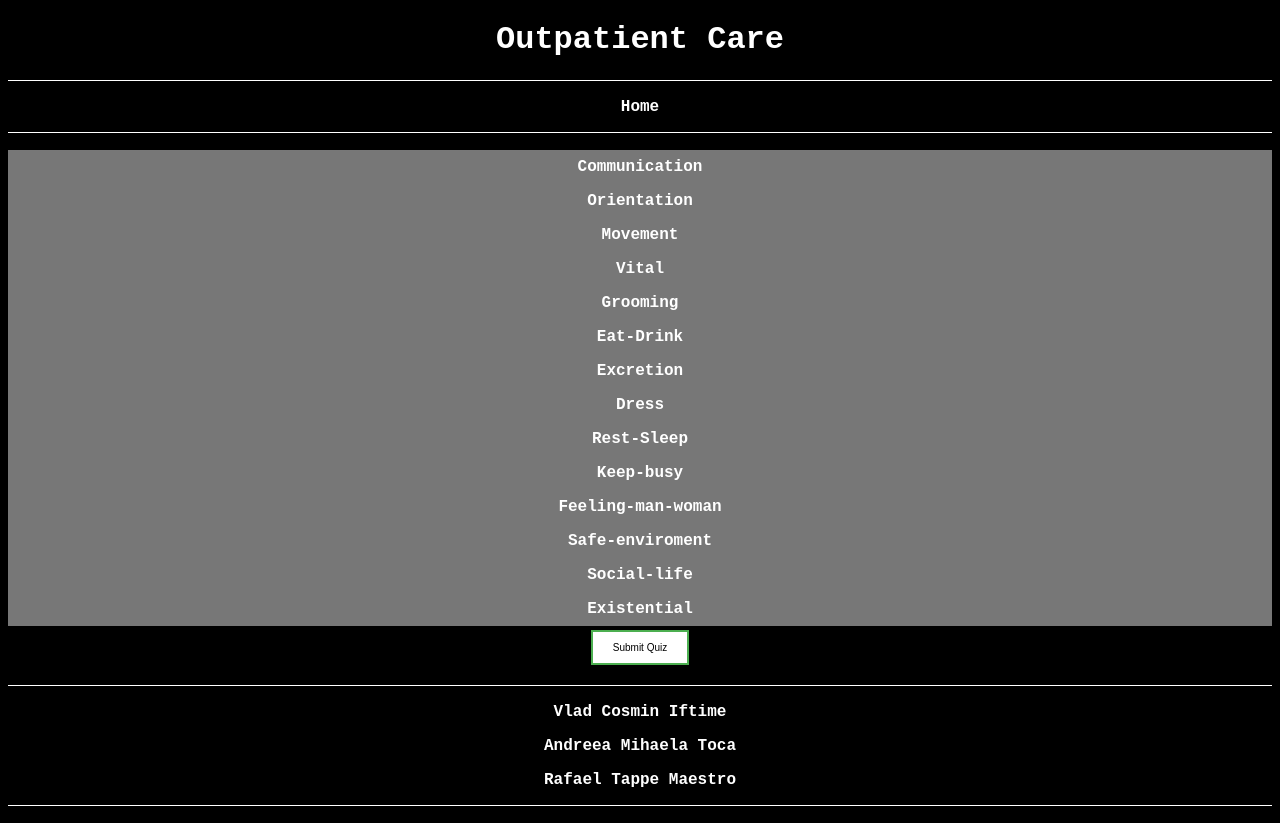
Repository: VladIftime/KnowledgeTechnology2019
Page: src/front/index.html
An editor plug-in stored every save of this project. The page is shown before and after the next save, followed by the edit.
The browser window is 1280 px wide. The pictures show the whole page.

Above is the page before, as saved 2020-01-11 20:36:56.

### src/front/index.html
<!DOCTYPE html>
<html lang="en">
    <head>
        <meta charset="UTF-8">
        <meta name="description" content="This is a knowledge base and inference system. It classifies a patient's need for outpatient care.">
        <meta name="keywords" content="Outpatient, Care, knowledge, base, technology, inference">
        <meta name="viewport" content=" classth=device- classth, initial-scale=1.0">
        <title>Outpatient Care</title>

        <link rel="stylesheet" href="style.css">
        <link rel="icon" type="image/png" href="favicon.png">
    </head>

    <body>
        <header>
            <h1>
                <span class=brokenLine>Outpatient<br>Care</span>
                <span class=oneLine>Outpatient Care</span>
            </h1>
        </header>
        <nav>
            <hr>
            <p class='font'><a href="http://localhost:8000/">Home</a></p>
            <hr>
        </nav>
        <article>
            <section id=HealthAreas></section>
        </article>
            <div id = warning style="display: none;">Please answers all the questions first</div>
            <button id= submit class='button-submit button1-submit'>Submit Quiz</button>
            <div id = Result></div>
        <footer>
            <hr>
            <p><a href="https://github.com/VladIftime/">Vlad Cosmin Iftime</a></p>
            <p><a href="https://github.com/AndreeaToca/">Andreea Mihaela Toca</a></p>
            <p><a href="https://github.com/Wehzie/">Rafael Tappe Maestro</a></p>
            <hr>
        </footer>
        <script src="questions.js"></script>
        <script src="inference.js"></script>
        <script src="collapsible.js"></script>
    </body>
</html>

### src/front/style.css
html {
    font-family: "Courier New", Courier, monospace;
    color: white;
    background-color:  black;
}

.brokenLine {font-size: 100%;}
.oneLine {display: none;}

@media screen and (min-width: 5cm) {
    .brokenLine {display: none;}
    .oneLine {font-size: 100%; display: block}
}

body {
    font-size: 100%;
    text-align: center;
}

nav {
    font-weight: bold;
}

footer {
    font-weight: bold;
}

a:visited {
    color: white;
    background-color: transparent;
    text-decoration: none;
}

a:link {
    color: white;
    background-color: transparent;
    text-decoration: none;
}

a:hover {
    color: rgb(139, 208, 251);
    background-color: transparent;
    text-decoration: none;
}

a:active {
    color: white;
    background-color: transparent;
    text-decoration: none;
}

hr {
    display: block;
    height: 1px;
    border: 0;
    border-top: 1px solid white;
    margin: 1em 0;
    padding: 0;
}

.collapse {
    font-family: "Courier New", Courier, monospace;
    font-size: 100%;
    font-weight: bold;

    background-color: #777;
    color: white;
    cursor: pointer;
    padding: 0.5em;
    width: 100%;
    border: none;
    text-align: center;
    outline: none;
}

.collapse-active, .collapse:hover {
    background-color: #555;
}

.collapse-content {
    padding: 0 18px;
    display: none;
    overflow: hidden;
    background-color: darkcyan;
}

.q-grid {
    display: grid;
    grid-template-columns: 25vw auto;
}

.q-grid > p {
    text-align: left;
    grid-column: 2;
}

.ans-grid {
    display: grid;
    grid-template-columns: 40vw auto;
}

.ans-box {
    display: block;
    text-align: left;
    grid-column: 2;
}

.font {
    font-size: 100%;
}

.button-submit{
    background-color: #4CAF50; /* Green */
    border: none;
    color: white;
    padding: 10px 20px;
    text-align: center;
    text-decoration: none;
    display: inline-block;
    font-size: 10px;
    margin: 4px 2px;
    -webkit-transition-duration: 0.4s; /* Safari */
    transition-duration: 0.4s;
    cursor: pointer;
  }

  .button1-submit {
    background-color: white;
    color: black;
    border: 2px solid #4CAF50;
  }

  .button1-submit:hover {
    background-color: #4CAF50;
    color: white;
  }

### src/front/questions.js
// Question class and objects
let areas = ['Communication','Orientation','Movement','Vital','Grooming',
             'Eat-Drink','Excretion','Dress','Rest-Sleep','Keep-busy',
             'Feeling-man-woman','Safe-enviroment','Social-life','Existential'];


function createSections() {
    let sec = document.getElementById('HealthAreas');
    for (let index = 0; index < areas.length; index++) {
        const element = areas[index];
        let title = element;
        //title[0].toUpperCase();
        sec.innerHTML+='<section id ='+ element + '> <button type="button" class="collapse">'+title+'</button> <div class="collapse-content"> </div> </section>'
    }
}

createSections();

class Question {
    constructor(question, hint, choices, points, classOfQuestion, name) {
        this.question = question;
        this.hint = hint;
        this.choices = choices;
        this.classOfQuestion = classOfQuestion;
        this.name = name;
    }

    showQuestion() {
        let sec = document.getElementById(this.classOfQuestion).getElementsByClassName('collapse-content')[0];
        sec.innerHTML+= '<div class='+this.classOfQuestion+' id='+this.name+'><div class = q-grid><p class=font>' + this.question + '</p></div></div>';
    }

    showChoices() {
        return null;
    }

    display() {
        this.showQuestion();
        this.showChoices();
    }
}

class MultipleChoice extends Question{
    constructor(question, hint, choices, classOfQuestion, name) {
        super(question, hint, choices, '', classOfQuestion, name);
    }

    showChoices() {
        let htmlString = '<div class = ans-grid> <div class = ans-box>';
        for (let index = 0; index < this.choices.length; index++) {
            htmlString += ('<input type=\'radio\' name=' + this.name + ' value= \''  + index + '\'>' + '<label class=font>' + this.choices[index] + '</label><br>');
        }
        document.getElementById(this.name).innerHTML += htmlString + '</div> </div>';
    }
}

class MultipleChoiceImpair extends MultipleChoice{
    constructor(question, hint, classOfQuestion, name) {
        super(question, hint, ['Unimpaired', 'Partially impaired', 'Impaired'], classOfQuestion, name);
    }
}

class TickBox extends Question{
    constructor(question, hint, choices, classOfQuestion, name) {
        super(question, hint, choices, '', classOfQuestion, name);
    }

    showChoices() {
        let htmlString = '<div class = ans-grid> <div class = ans-box>';
        for (let index = 0; index < this.choices.length; index++) {
            htmlString += ('<input type=\'checkbox\' name=\'option\' value= \'1\'>' + this.choices[index] + '<br>');
        }
        document.getElementById(this.name).innerHTML += htmlString + '</div> </div>';
    }
}
//Communication
const question1 = new MultipleChoiceImpair('Hearing:','','Communication','question1');
const question2 = new MultipleChoiceImpair('Sight','','Communication','question2');
const question3 = new MultipleChoiceImpair('Speech:','','Communication','question3');
const question4 = new MultipleChoiceImpair('Ability to express feelings and desires:','','Communication','question4');
//Orientation
const question5 = new MultipleChoiceImpair('Temporal orientation:','','Orientation','question5');
const question6 = new MultipleChoiceImpair('Local orientation:','','Orientation','question6');
const question7 = new MultipleChoiceImpair('Personal orientation:','','Orientation','question7');
const question8 = new MultipleChoiceImpair('Situational orientation:','','Orientation','question8');
//Movement
const question9 = new MultipleChoiceImpair('Ability to walk alone:','','Movement','question9');
const question10 = new MultipleChoiceImpair('Ability to stand alone:','','Movement','question10');
const question11 = new MultipleChoiceImpair('Ability to sit alone:','','Movement','question11');
const question12 = new MultipleChoiceImpair('Ability to lay down alone:','','Movement','question12');
const question13 = new MultipleChoiceImpair('Ability to visit infrastracture:','','Movement','question13');
//Vital functions


question1.display();
question2.display();
question3.display();
question4.display();
question5.display();
question6.display();
question7.display();
question8.display();
question9.display();
question10.display();
question11.display();
question12.display();
question13.display();

Loaded but not shown: src/front/collapsible.js (no copy from this time; the picture is the same without it); src/front/inference.js (no copy from this time; the picture is the same without it)

After the next save:
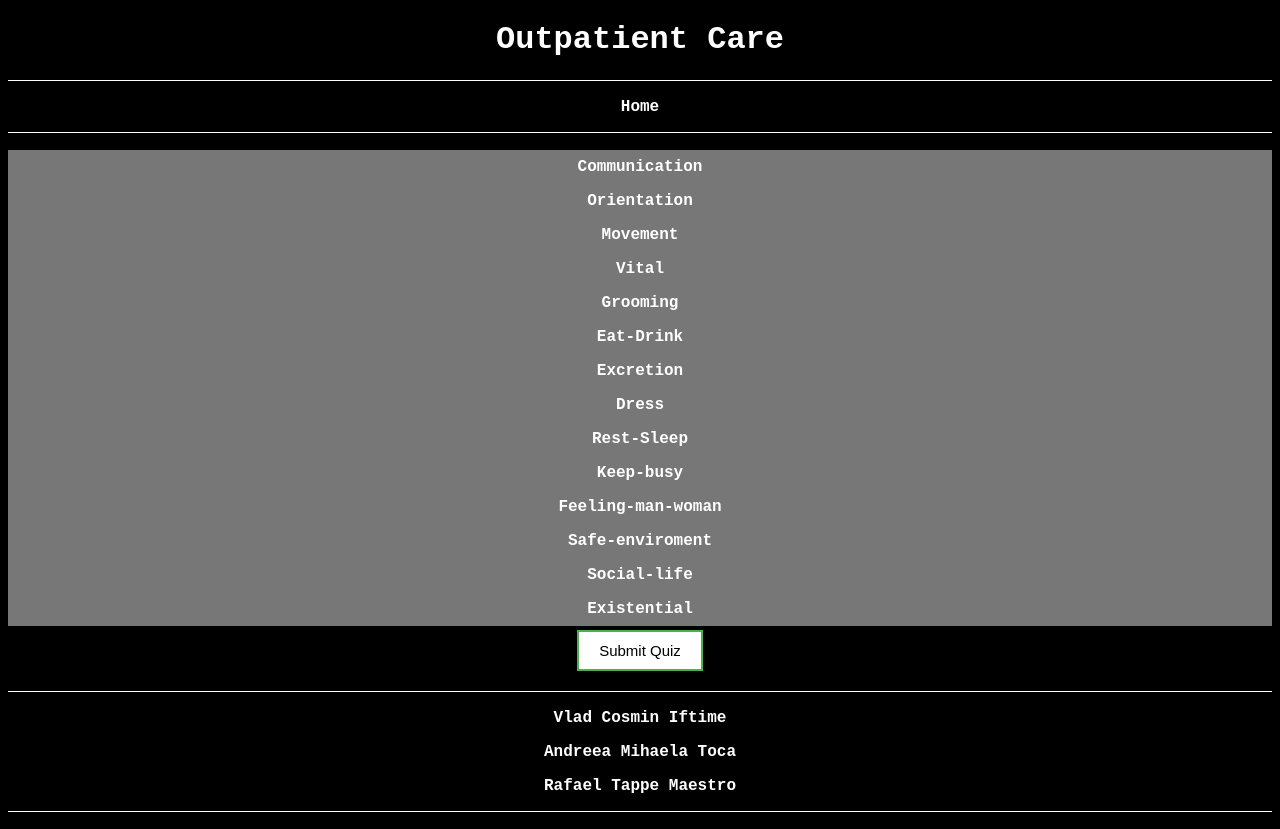
Saved 15 s later.
--- a/src/front/style.css
+++ b/src/front/style.css
@@ -117,7 +117,7 @@ hr {
     text-align: center;
     text-decoration: none;
     display: inline-block;
-    font-size: 10px;
+    font-size: 15px;
     margin: 4px 2px;
     -webkit-transition-duration: 0.4s; /* Safari */
     transition-duration: 0.4s;
